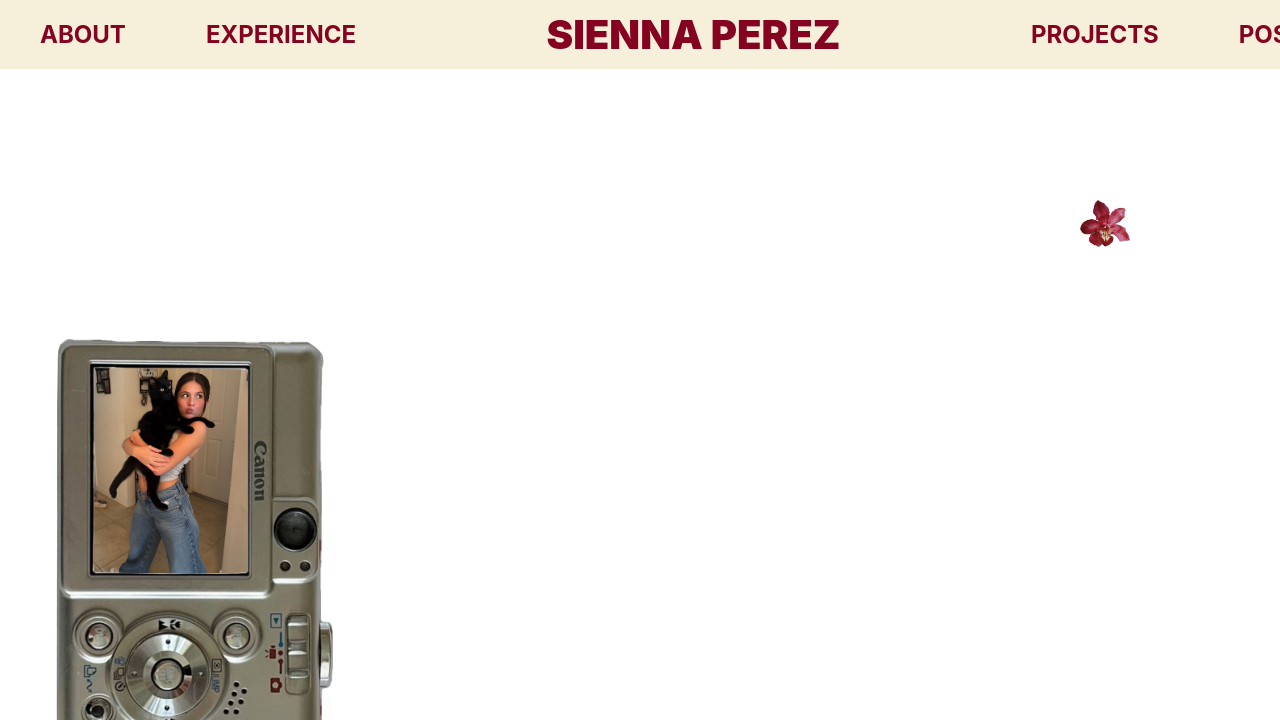
Repository: siennaperez/siennaperezweb
Page: /experience
An editor plug-in stored every save of this project. The page is shown before and after the next save, followed by the edit.
The browser window is 1280 px wide. The pictures show the whole page.
The project was rebuilt for these pictures with package versions that can differ from the ones it lists, and the page was loaded fresh each time. Also part of the build but not shown: src/pages/About.css, src/pages/About.js, src/pages/Experience.css, src/pages/Experience.js.

Above is the page before, as saved 2025-09-24 12:50:10.

After the next save:
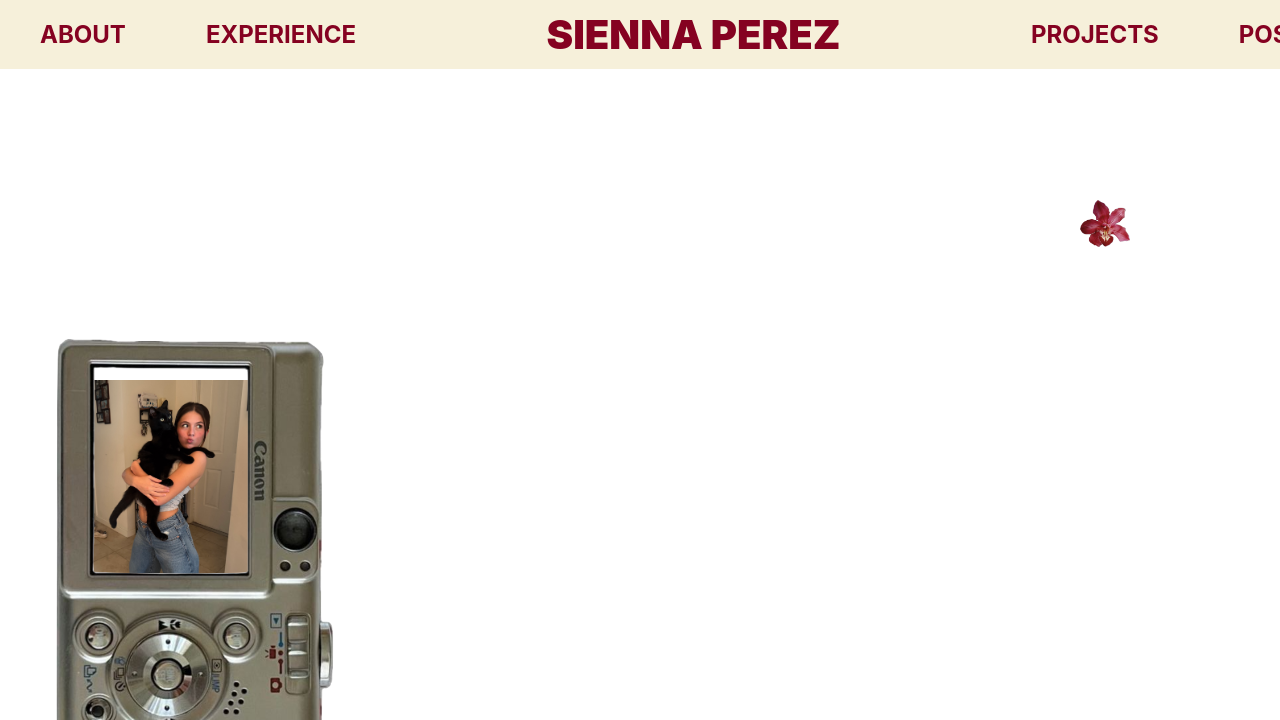
Saved 14 s later.
--- a/src/pages/Home.css
+++ b/src/pages/Home.css
@@ -20,7 +20,7 @@
 .toops-img {
   width: 170px;
   height: auto;
-  top: 350px;
+  top: 380px;
   left: 80px;
   position: fixed
 }
